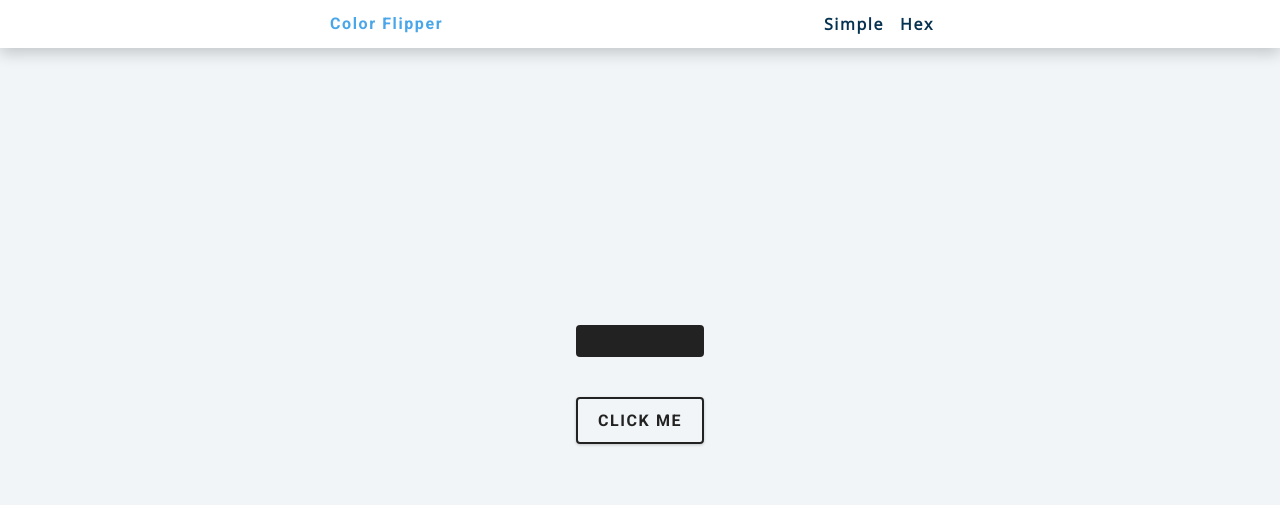
Repository: smit1298/color-changer
Page: index.html
These files come from the project's save history. The page is drawn as it stood at one moment and after a run of saves; the edit follows.
The browser window is 1280 px wide. The pictures show the whole page.

Above is the page before, as saved 2022-05-02 09:39:53.

After the next 6 saves:
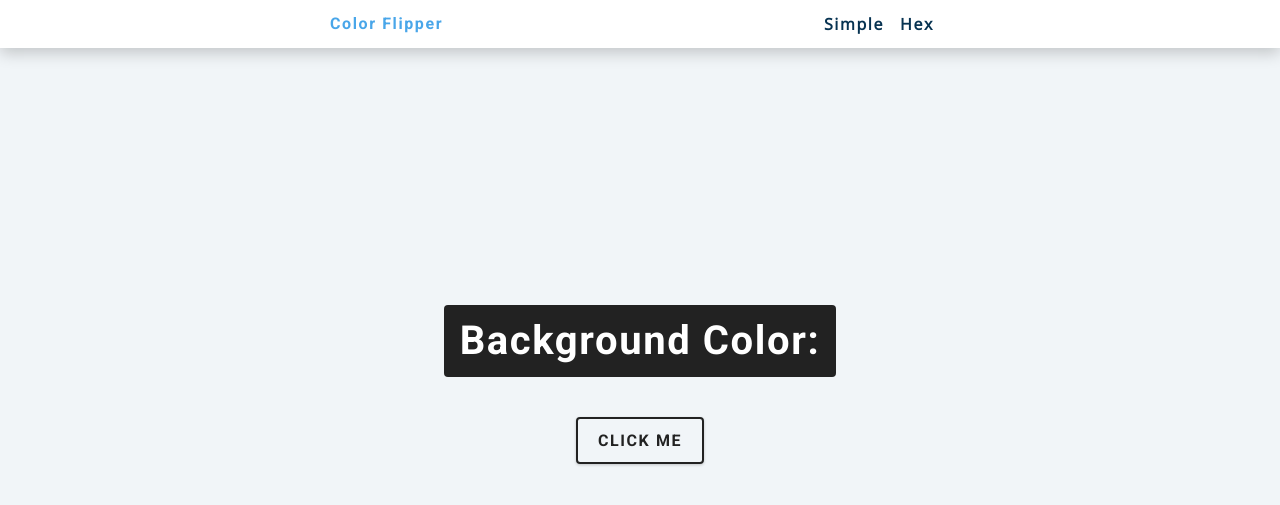
The 6 saves are shown as one change because they came seconds apart.
The last was saved 17 s later.
--- a/index.html
+++ b/index.html
@@ -26,7 +26,7 @@
   </nav>
   <main>
     <div class="container">
-      <h2>
+      <h2>background color:
         <span class="color"></span>
       </h2>
       <button class="btn btn-hero" id="btn">click me</button>
